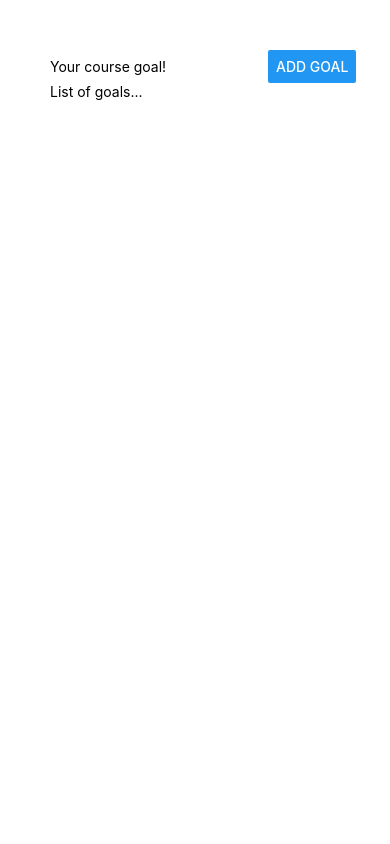
Repository: akinolapo/ToDoApp
Screen: /
These files come from the project's save history. The screen is drawn as it stood at one moment and after a run of saves; the edit follows.
The app was drawn by React Native's web renderer in a window 390 px wide. The project was rebuilt for these pictures with package versions that can differ from the ones it lists, and the page was loaded fresh each time.

Above is the screen before, as saved 2022-09-15 13:13:49.

After the next 5 saves:
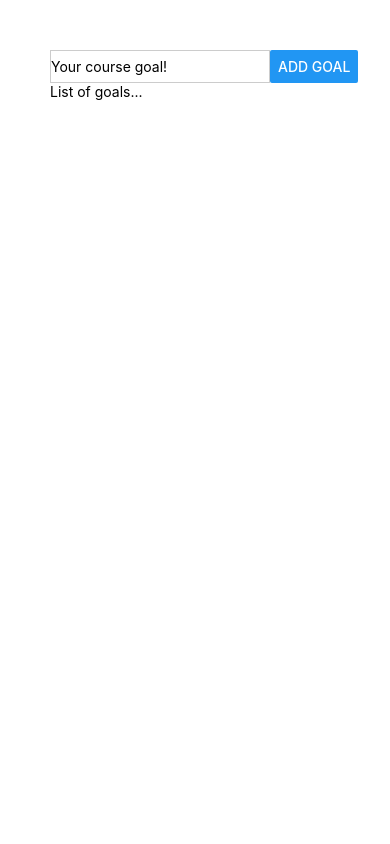
The 5 saves are shown as one change because they came seconds apart.
The last was saved 21 s later.
--- a/App.js
+++ b/App.js
@@ -4,7 +4,7 @@ export default function App() {
   return (
     <View style={styles.appContainer}>
       <View style={styles.inputContainer}>
-        <TextInput placeholder='Your course goal!'/>
+        <TextInput style={styles.textInput} placeholder='Your course goal!'/>
         <Button title='Add Goal'/>
       </View>
       <View>
